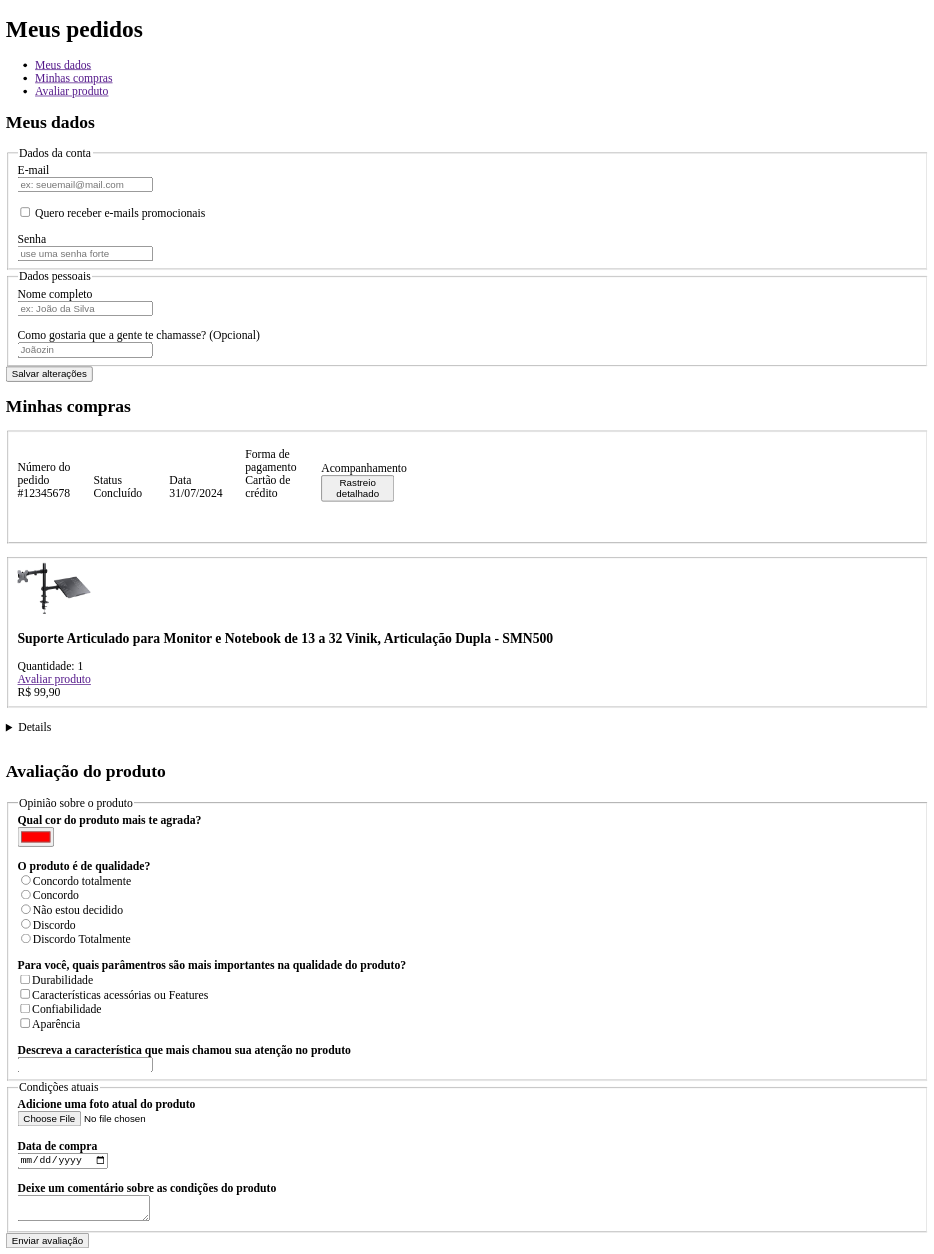
Repository: claudemir-camargo/site-compras
Page: index.html
These files come from the project's save history. The page is drawn as it stood at one moment and after the next save; the edit follows.
The browser window is 1280 px wide. The pictures show the whole page, at 73% of full size.

Above is the page before, as saved 2024-03-04 00:01:55.

After the next save:
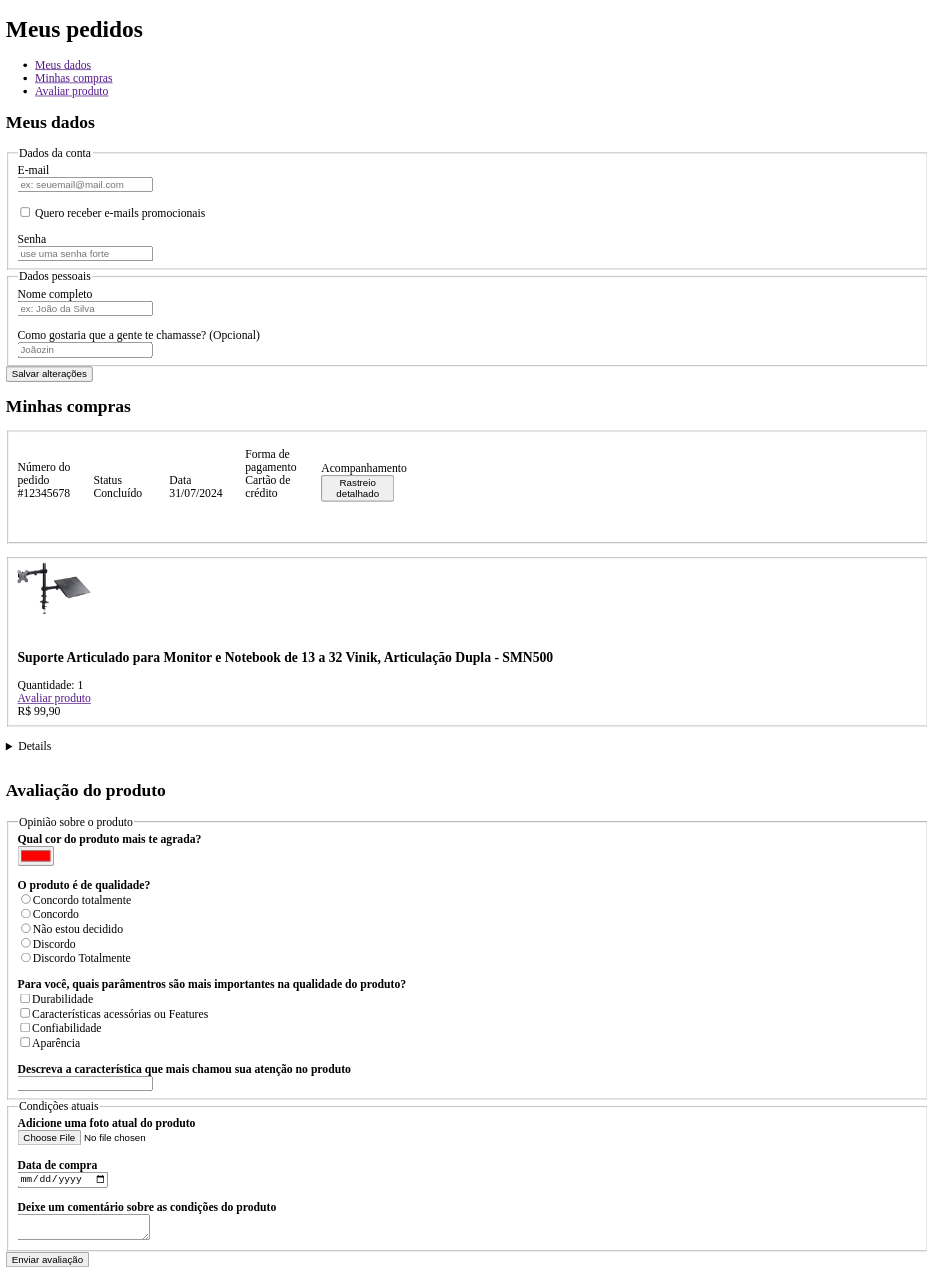
Saved 3 s later.
--- a/css/style.css
+++ b/css/style.css
@@ -10,3 +10,9 @@ img {
     height: 100px;
     display: inline-block;
 }
+
+.imagem {
+    width: 100px;
+    height: 100px;
+    display: inline-block;
+}
